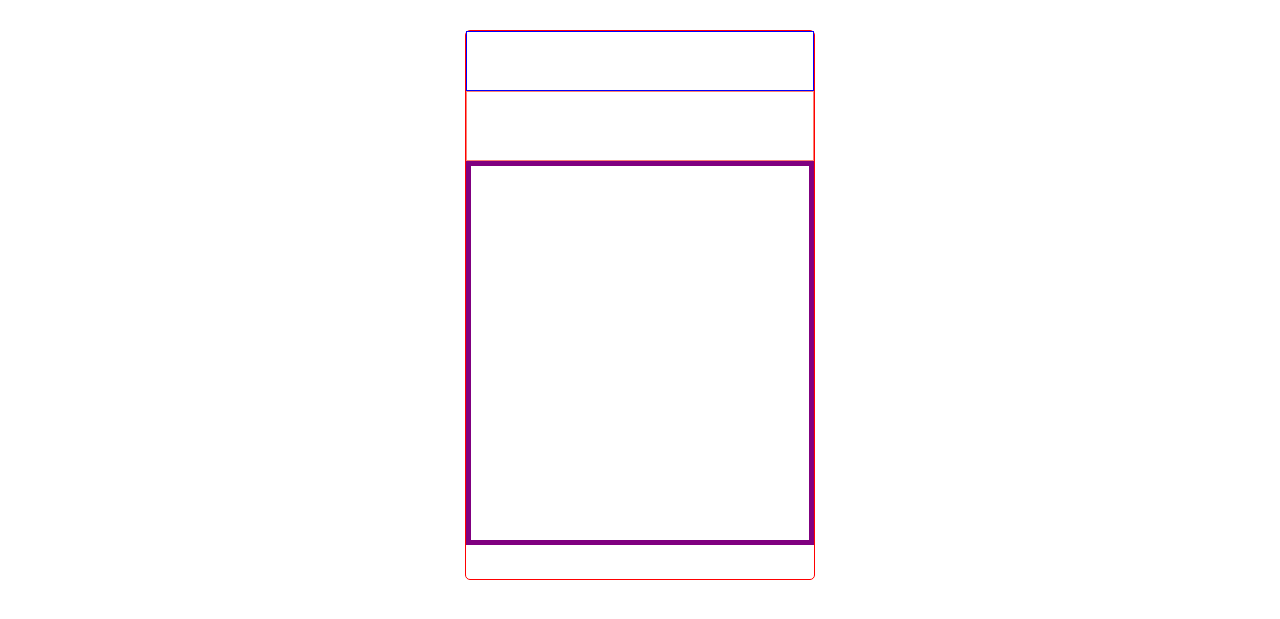
Repository: OfirLana/Calculator
Page: index.html
An editor plug-in stored every save of this project. The page is shown before and after the next save, followed by the edit.
The browser window is 1280 px wide. The pictures show the whole page.

Above is the page before, as saved 2019-03-12 18:08:49.

After the next save:
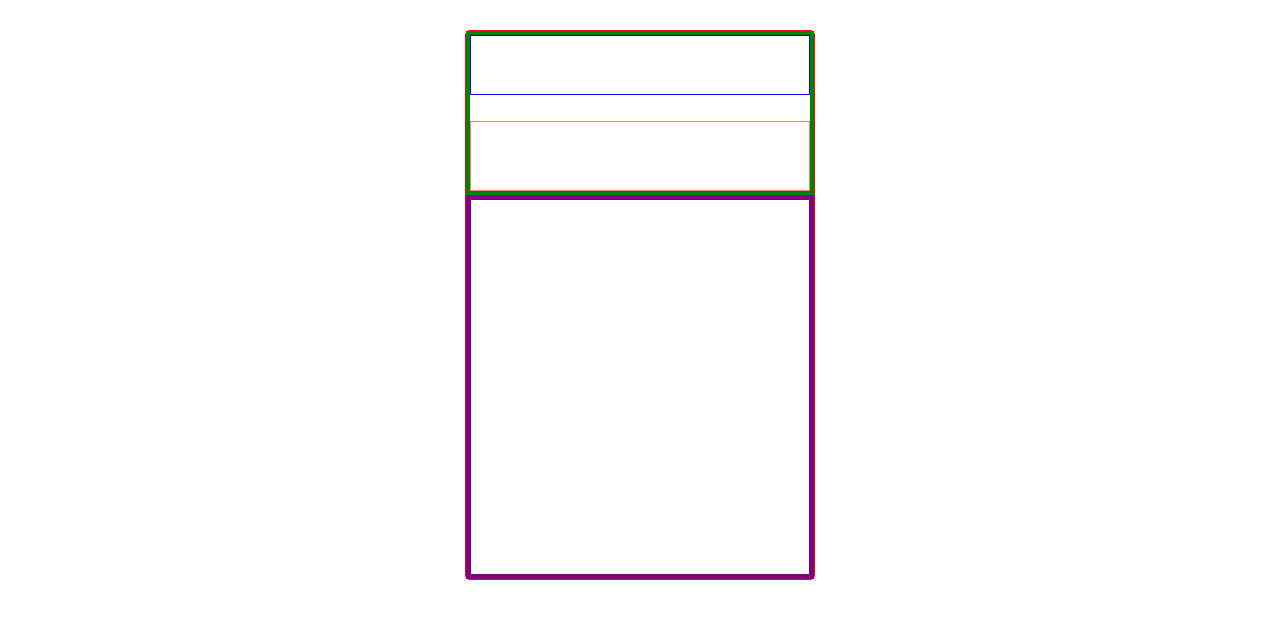
Saved 5 s later.
--- a/style.css
+++ b/style.css
@@ -27,7 +27,7 @@ body {
     border-radius: 5px;
 }
 
-.out_put_box {
+.output_box {
     display: flex;
     flex-direction: column;
     flex-basis: 30%;
